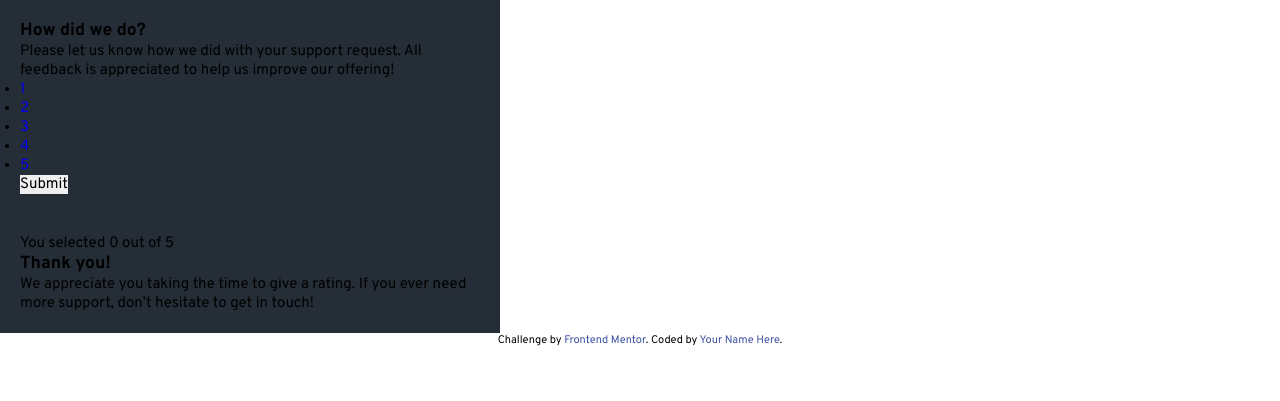
Repository: huynhnhutanhduy/interactive-rating-component
Page: index.html
The author's editor kept a copy of each file at every save. The page is drawn from the files as they stood at one save, then again after the next save.
The browser window is 1280 px wide. The pictures show the whole page.

Above is the page before, as saved 2022-10-19 09:49:50.

After the next save:
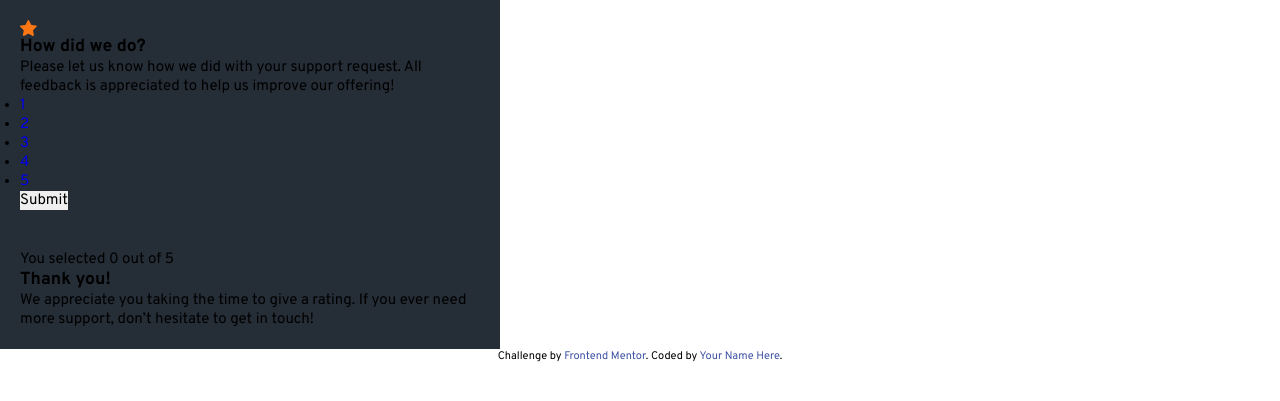
Saved 23 s later.
--- a/index.html
+++ b/index.html
@@ -18,6 +18,7 @@
     <main>
       <!-- Rating state start -->
       <article class="rating-container">
+        <img src="./images/icon-star.svg" alt="" />
         <h3 class="rating-title">How did we do?</h3>
         <p class="rating-desc">
           Please let us know how we did with your support request. All feedback is appreciated
